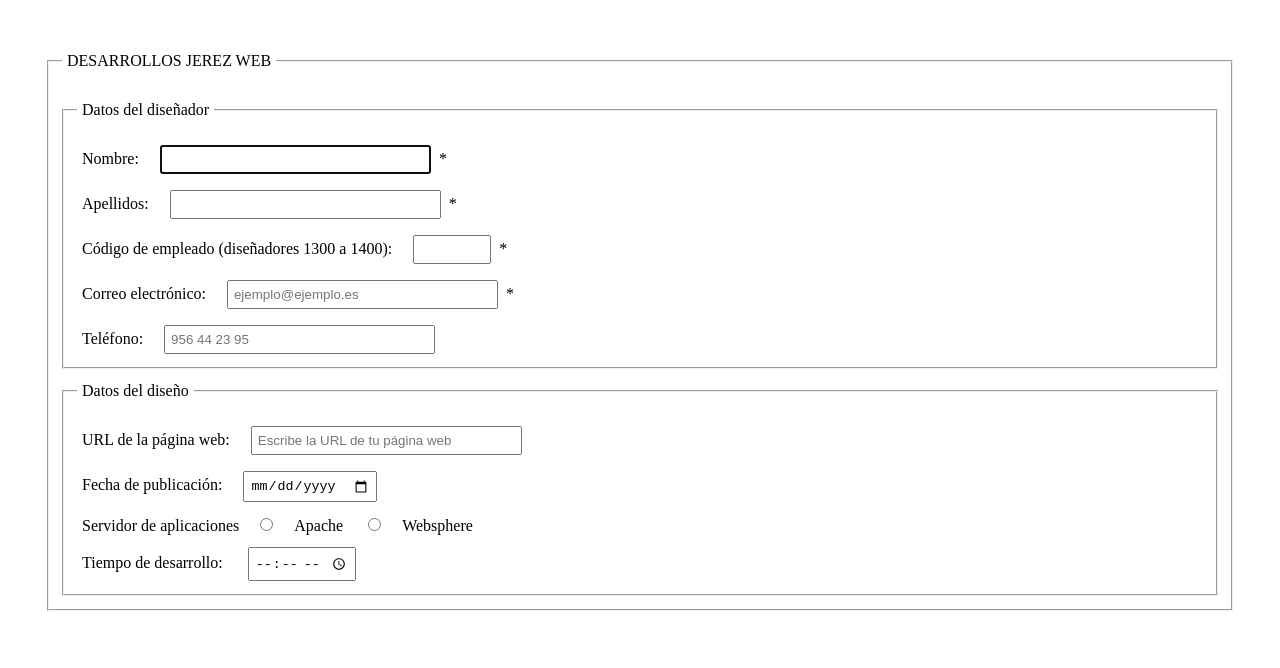
Repository: iSaan86/EV_Practica_FormularioCSS
Page: index.html
These files come from the project's save history. The page is drawn as it stood at one moment and after the next save; the edit follows.
The browser window is 1280 px wide. The pictures show the whole page.

Above is the page before, as saved 2024-01-11 16:59:09.

After the next save:
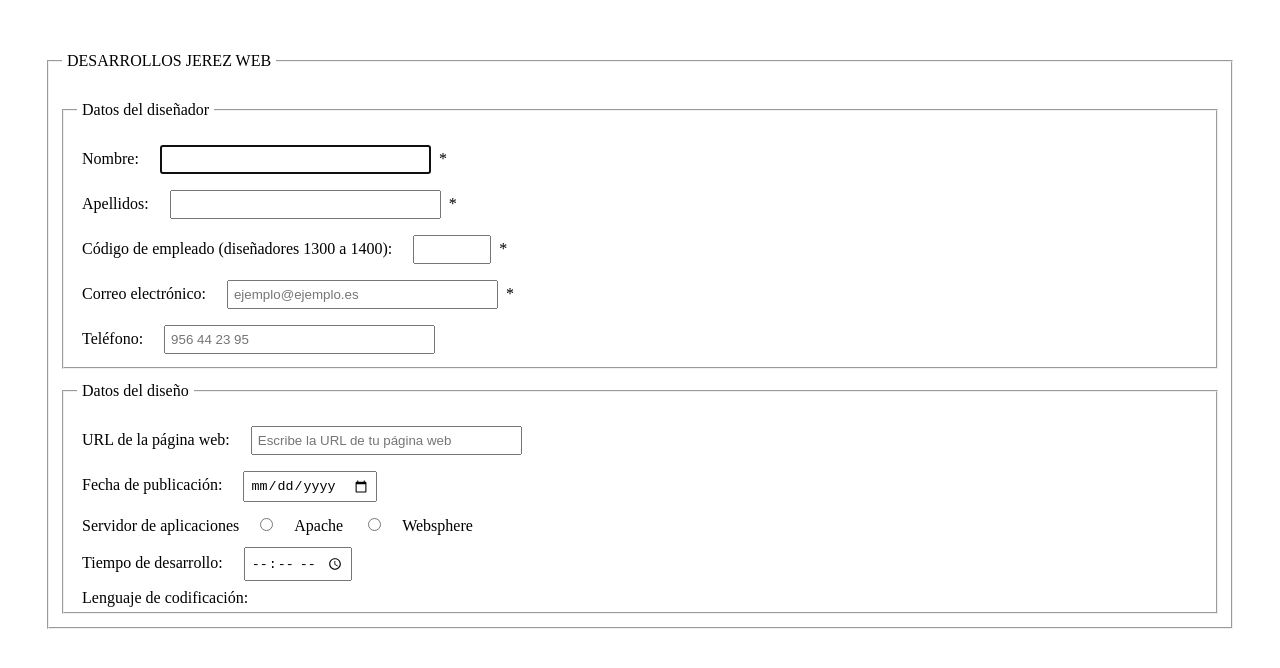
Saved 43 s later.
--- a/index.html
+++ b/index.html
@@ -30,7 +30,8 @@
                 <label for="fecha">Fecha de publicación:</label><input type="date" name="fecha" id="fecha"><br>
                 <label for="servidor">Servidor de aplicaciones</label><input type="radio" id="apache" name="servidor" alt="verificar apache" value="Apache"><label for="hombre">Apache</label>
                 <input type="radio" id="websphere" name="servidor" alt="verificar websphere" value="Websphere"><label for="mujer">Websphere</label><br>
-                <label for="tiempo">Tiempo de desarrollo:</label> <input type="time" name="tiempo" id="tiempo"><br>
+                <label for="tiempo">Tiempo de desarrollo:</label><input type="time" name="tiempo" id="tiempo"><br>
+                <label for="tiempo">Lenguaje de codificación:</label>
             </fieldset>
 
 
